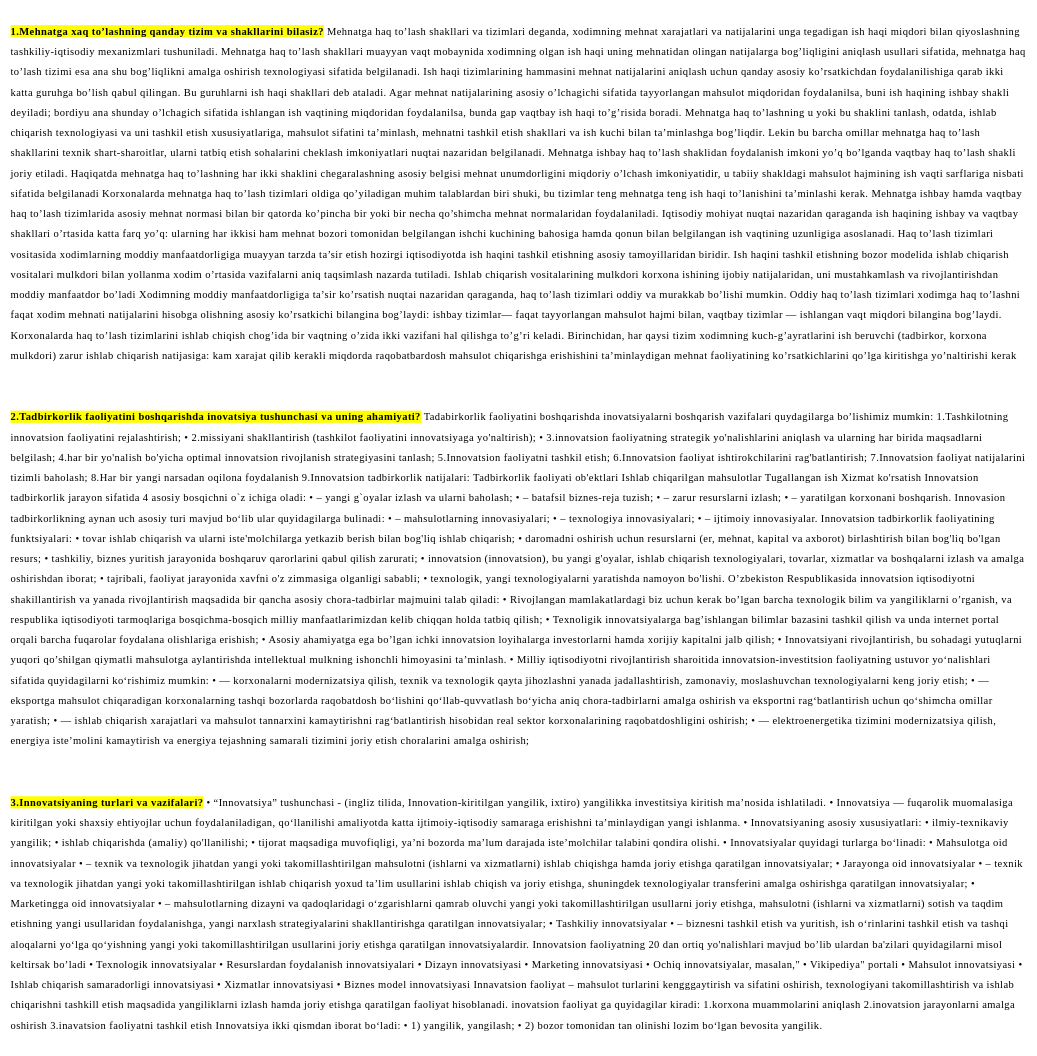
Repository: Ikromkhurozov/tsue-exam-answers
Page: index.html
An editor plug-in stored every save of this project. The page is shown before and after the next save, followed by the edit.
The browser window is 1280 px wide. The pictures show the whole page, at 81% of full size.

Above is the page before, as saved 2024-01-15 00:58:28.

After the next save:
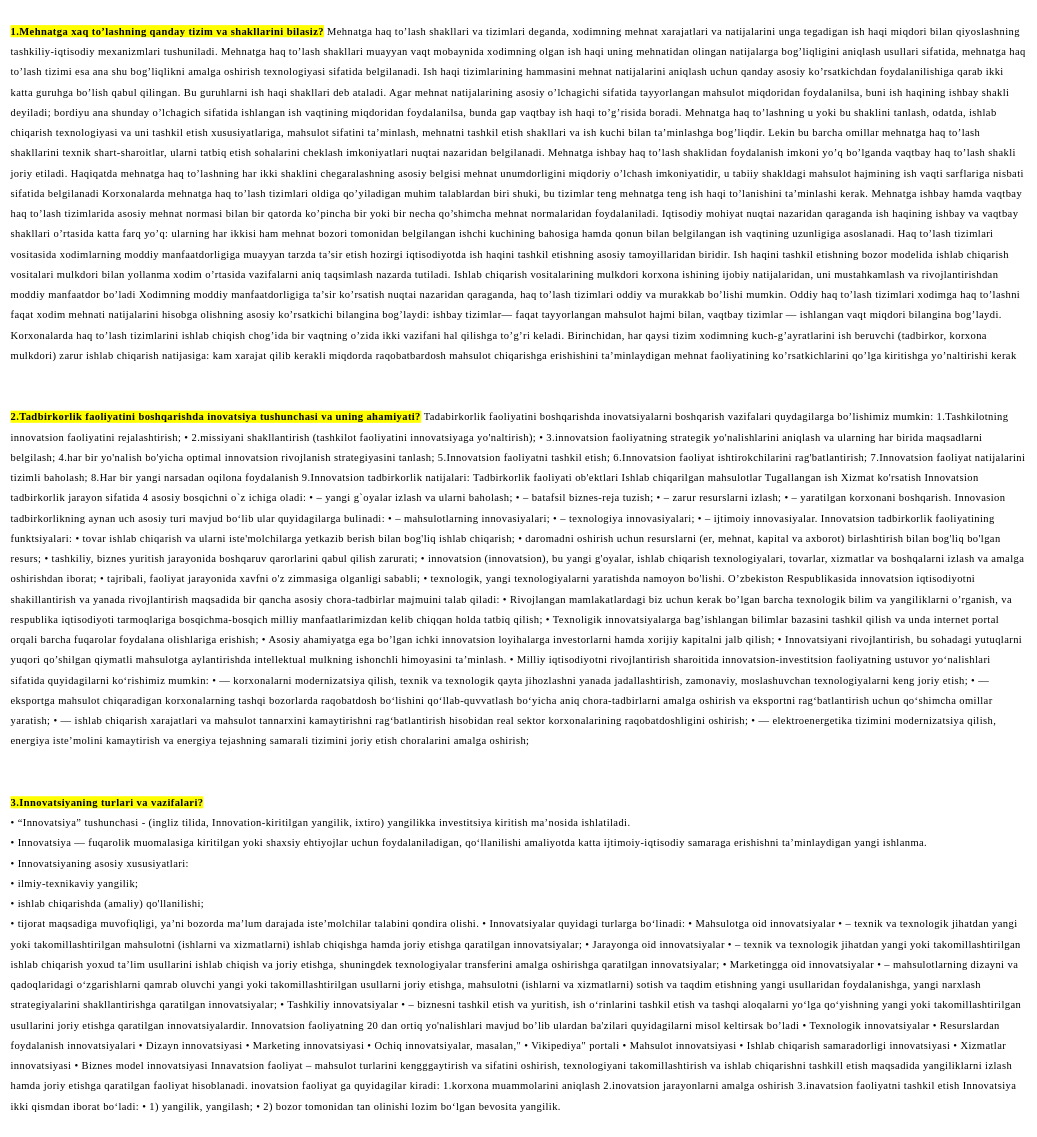
Saved 30 s later.
--- a/index.html
+++ b/index.html
@@ -76,12 +76,12 @@ Innovatsion tadbirkorlik faoliyatining funktsiyalari:
 
          <p>
             <mark>3.Innovatsiyaning turlari va vazifalari?</mark>
-•	“Innovatsiya”  tushunchasi - (ingliz tilida, Innovation-kiritilgan yangilik, ixtiro) yangilikka  investitsiya    kiritish     ma’nosida ishlatiladi.
-•	Innovatsiya — fuqarolik muomalasiga kiritilgan yoki shaxsiy ehtiyojlar uchun foydalaniladigan, qo‘llanilishi amaliyotda katta ijtimoiy-iqtisodiy samaraga erishishni ta’minlaydigan yangi ishlanma.
-•	Innovatsiyaning asosiy xususiyatlari:
-•	ilmiy-texnikaviy yangilik;
-•	ishlab chiqarishda (amaliy) qo'llanilishi;
-•	tijorat maqsadiga muvofiqligi, ya’ni bozorda ma’lum darajada iste’molchilar
+<br>•	“Innovatsiya”  tushunchasi - (ingliz tilida, Innovation-kiritilgan yangilik, ixtiro) yangilikka  investitsiya    kiritish     ma’nosida ishlatiladi.
+<br>•	Innovatsiya — fuqarolik muomalasiga kiritilgan yoki shaxsiy ehtiyojlar uchun foydalaniladigan, qo‘llanilishi amaliyotda katta ijtimoiy-iqtisodiy samaraga erishishni ta’minlaydigan yangi ishlanma.
+<br>•	Innovatsiyaning asosiy xususiyatlari:
+<br>•	ilmiy-texnikaviy yangilik;
+<br>•	ishlab chiqarishda (amaliy) qo'llanilishi;
+<br>•	tijorat maqsadiga muvofiqligi, ya’ni bozorda ma’lum darajada iste’molchilar
 talabini qondira olishi.
 
 •	Innovatsiyalar quyidagi turlarga bo‘linadi:
